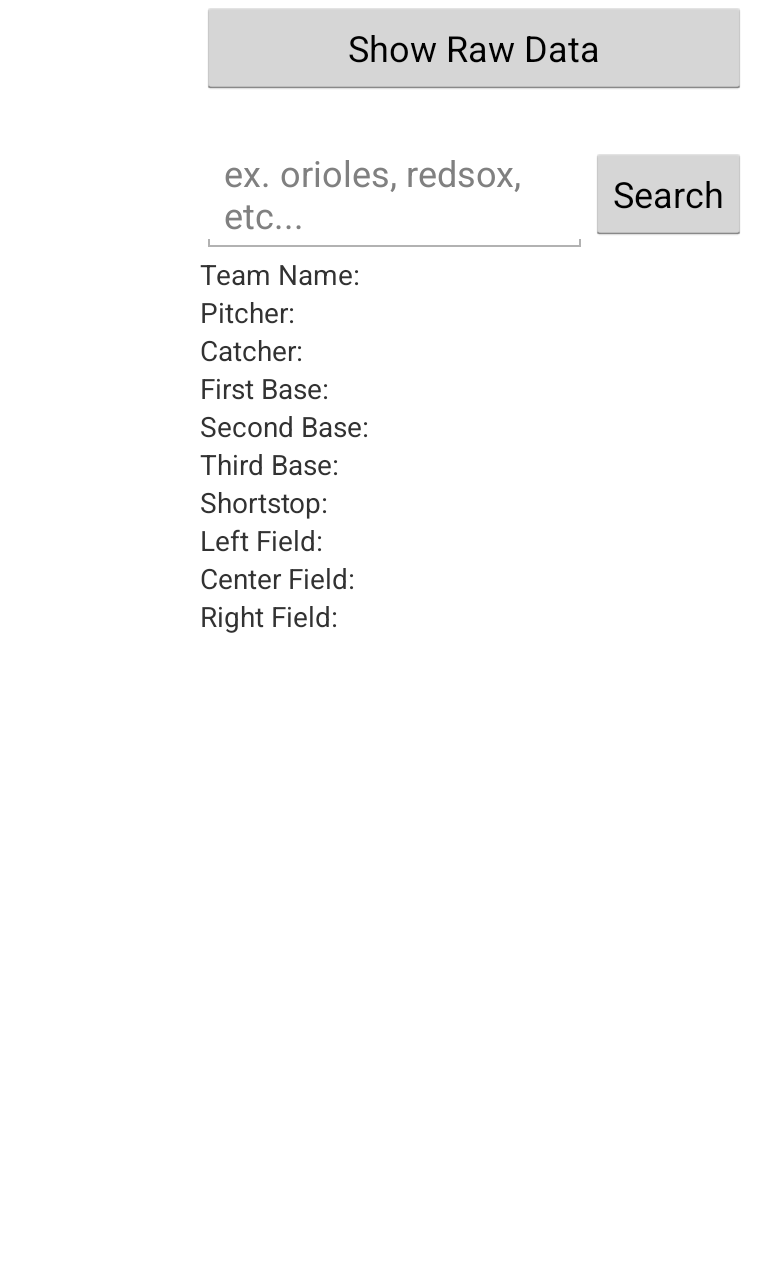
Repository: jemcphe/java1
Layout: teamG.M./TeamGM/res/layout/applayout.xml
These files come from the project's save history. The layout is drawn as it stood at one moment and after the next save; the edit follows.
It is drawn on a 768 x 1280 px phone screen (xhdpi) without system bars, with theme AppTheme; the app's code is not run.

Above is the layout before, as saved 2013-05-27 05:03:04.

### teamG.M./TeamGM/res/layout/applayout.xml
<?xml version="1.0" encoding="utf-8"?>
<LinearLayout xmlns:android="http://schemas.android.com/apk/res/android"
    android:layout_width="fill_parent"
    android:layout_height="fill_parent"
    android:orientation="vertical"
    android:paddingLeft="100dp"
    android:paddingRight="10dp" >

    <LinearLayout
        android:id="@+id/historyLayout"
        android:layout_width="match_parent"
        android:layout_height="wrap_content"
        android:orientation="vertical" >
        <Button
            android:id="@+id/dataButton"
            android:layout_width="match_parent"
            android:layout_height="wrap_content"
            android:text="@string/show_raw_data" />
        <TextView
            android:id="@+id/historyLabel"
            android:layout_width="fill_parent"
            android:layout_height="wrap_content"
            android:textIsSelectable="false"
            android:visibility="invisible"/>

    </LinearLayout>

    <LinearLayout
        android:id="@+id/searchLayout"
        android:layout_width="fill_parent"
        android:layout_height="wrap_content"
        android:orientation="horizontal" >

        <EditText
            android:id="@+id/searchField"
            android:layout_width="wrap_content"
            android:layout_height="wrap_content"
            android:layout_weight="1"
            android:hint="ex. orioles, redsox, etc..." />

        <Button
            android:id="@+id/searchButton"
            android:layout_width="wrap_content"
            android:layout_height="wrap_content"
            android:text="@string/search" />
    </LinearLayout>

    <GridLayout
        android:id="@+id/teamDisplay"
        android:layout_width="match_parent"
        android:layout_height="0dip"
        android:layout_weight="1"
        android:columnCount="2">

        <TextView
            android:layout_width="wrap_content"
            android:layout_height="wrap_content"
            android:text="Team Name:"/>
        <TextView
            android:id="@+id/teamNameData"
            android:layout_width="wrap_content"
            android:layout_height="wrap_content"/>
        <TextView
            android:layout_width="wrap_content"
            android:layout_height="wrap_content"
            android:text="Pitcher:"/>
        <TextView
            android:id="@+id/pitcherData"
            android:layout_width="wrap_content"
            android:layout_height="wrap_content"/>
        <TextView
            android:layout_width="wrap_content"
            android:layout_height="wrap_content"
            android:text="Catcher:"/>
        <TextView
            android:id="@+id/catcherData"
            android:layout_width="wrap_content"
            android:layout_height="wrap_content"/>
        <TextView
            android:layout_width="wrap_content"
            android:layout_height="wrap_content"
            android:text="First Base:"/>
        <TextView
            android:id="@+id/firstData"
            android:layout_width="wrap_content"
            android:layout_height="wrap_content"/>
        <TextView
            android:layout_width="wrap_content"
            android:layout_height="wrap_content"
            android:text="Second Base:"/>
        <TextView
            android:id="@+id/secondData"
            android:layout_width="wrap_content"
            android:layout_height="wrap_content"/>
        <TextView
            android:layout_width="wrap_content"
            android:layout_height="wrap_content"
            android:text="Third Base:"/>
        <TextView
            android:id="@+id/thirdData"
            android:layout_width="wrap_content"
            android:layout_height="wrap_content"/>
        <TextView
            android:layout_width="wrap_content"
            android:layout_height="wrap_content"
            android:text="Shortstop:"/>
        <TextView
            android:id="@+id/shortData"
            android:layout_width="wrap_content"
            android:layout_height="wrap_content"/>
        <TextView
            android:layout_width="wrap_content"
            android:layout_height="wrap_content"
            android:text="Left Field:"/>
        <TextView
            android:id="@+id/leftData"
            android:layout_width="wrap_content"
            android:layout_height="wrap_content"/>
        <TextView
            android:layout_width="wrap_content"
            android:layout_height="wrap_content"
            android:text="Center Field:"/>
        <TextView
            android:id="@+id/centerData"
            android:layout_width="wrap_content"
            android:layout_height="wrap_content"/>
        <TextView
            android:layout_width="wrap_content"
            android:layout_height="wrap_content"
            android:text="Right Field:"/>
        <TextView
            android:id="@+id/rightData"
            android:layout_width="wrap_content"
            android:layout_height="wrap_content"/>

    </GridLayout>








</LinearLayout>

### teamG.M./TeamGM/res/values/strings.xml
<?xml version="1.0" encoding="utf-8"?>
<resources>

    <string name="app_name">Team GM</string>
    <string name="action_settings">Settings</string>
    <string name="hello_world">Hello world!</string>
    <string name="show_raw_data">Show Raw Data</string>
    <string name="search_for_a_team_to_display_and_store_data">Search For A Team To Display And Store Data</string>
    <string name="search_hint">ex. orioles, redsox, etc...</string>
    <string name="go">GO</string>
    <string name="search">Search</string>

</resources>

Loaded but not shown: teamG.M./TeamGM/res/values/styles.xml (common file); teamG.M./TeamGM/res/values-v11/styles.xml (common file); teamG.M./TeamGM/res/values-v14/styles.xml (common file)

After the next save:
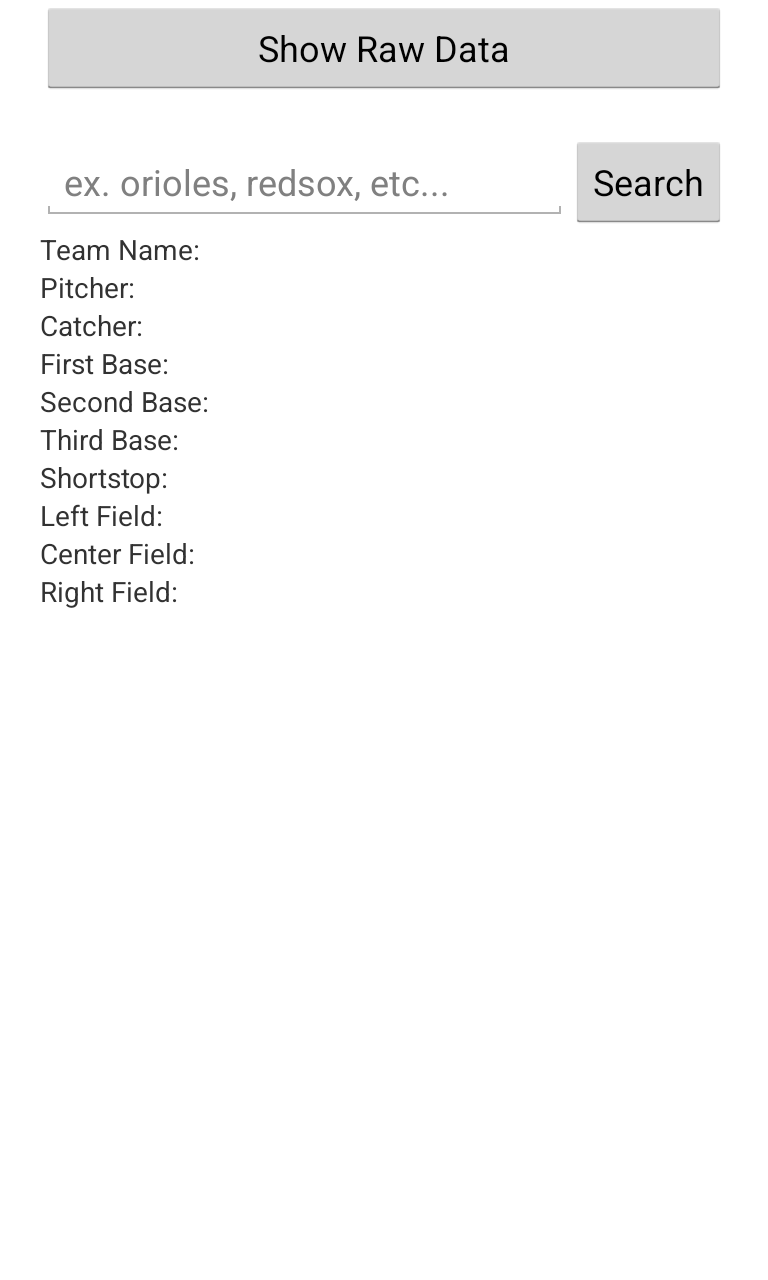
Saved 51 s later.
--- a/teamG.M./TeamGM/res/layout/applayout.xml
+++ b/teamG.M./TeamGM/res/layout/applayout.xml
@@ -3,8 +3,8 @@
     android:layout_width="fill_parent"
     android:layout_height="fill_parent"
     android:orientation="vertical"
-    android:paddingLeft="100dp"
-    android:paddingRight="10dp" >
+    android:paddingLeft="20dp"
+    android:paddingRight="20dp" >
 
     <LinearLayout
         android:id="@+id/historyLayout"
